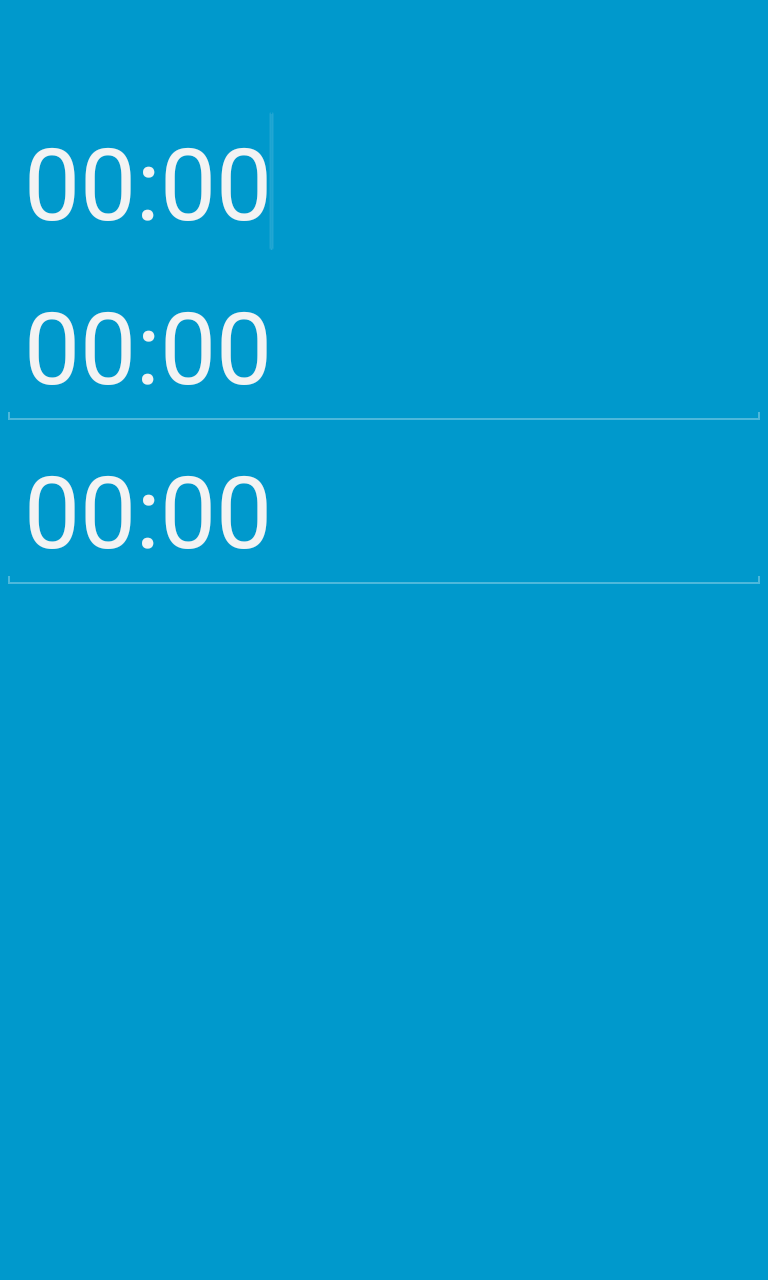
Repository: sebrockm/recuti
Layout: Recuti/res/layout/activity_main.xml
An editor plug-in stored every save of this project. The layout is shown before and after the next save, followed by the edit.
It is drawn on a 768 x 1280 px phone screen (xhdpi) without system bars, with theme FullscreenTheme; the app's code is not run.

Above is the layout before, as saved 2014-06-13 02:45:30.

### Recuti/res/layout/activity_main.xml
<FrameLayout xmlns:android="http://schemas.android.com/apk/res/android"
    xmlns:tools="http://schemas.android.com/tools"
    android:layout_width="match_parent"
    android:layout_height="match_parent"
    android:background="#0099cc"
    tools:context=".MainActivity" >

    <!--
         The primary full-screen view. This can be replaced with whatever view
         is needed to present your content, e.g. VideoView, SurfaceView,
         TextureView, etc.
    -->

    <!--
         This FrameLayout insets its children based on system windows using
         android:fitsSystemWindows.
    -->

    <TableLayout
        android:layout_width="match_parent"
        android:layout_height="458dp"
        android:paddingTop="50dp" >

        <TableRow
            android:id="@+id/tableRow1"
            android:layout_width="wrap_content"
            android:layout_height="wrap_content" >

            <EditText
                android:id="@+id/editText1"
                android:layout_width="wrap_content"
                android:layout_height="wrap_content"
                android:ems="10"
                android:inputType="time"
                android:text="00:00"
                android:textSize="50sp" >

                <requestFocus />
            </EditText>

        </TableRow>

        <TableRow
            android:id="@+id/tableRow2"
            android:layout_width="wrap_content"
            android:layout_height="wrap_content" >

            <EditText
                android:id="@+id/editText2"
                android:layout_width="wrap_content"
                android:layout_height="wrap_content"
                android:ems="10"
                android:inputType="time"
                android:text="00:00"
                android:textSize="50sp" />

        </TableRow>

        <TableRow
            android:id="@+id/tableRow3"
            android:layout_width="wrap_content"
            android:layout_height="wrap_content" >

            <EditText
                android:id="@+id/editText3"
                android:layout_width="wrap_content"
                android:layout_height="wrap_content"
                android:ems="10"
                android:inputType="time"
                android:text="00:00"
                android:textSize="50sp" />

        </TableRow>

        <TimePicker
            android:id="@+id/timePicker1"
            android:layout_width="wrap_content"
            android:layout_height="wrap_content"
            android:visibility="invisible" />

    </TableLayout>

</FrameLayout>

Loaded but not shown: Recuti/res/values-v11/styles.xml (common file); Recuti/res/values/styles.xml (common file); Recuti/res/values/colors.xml (common file)

After the next save:
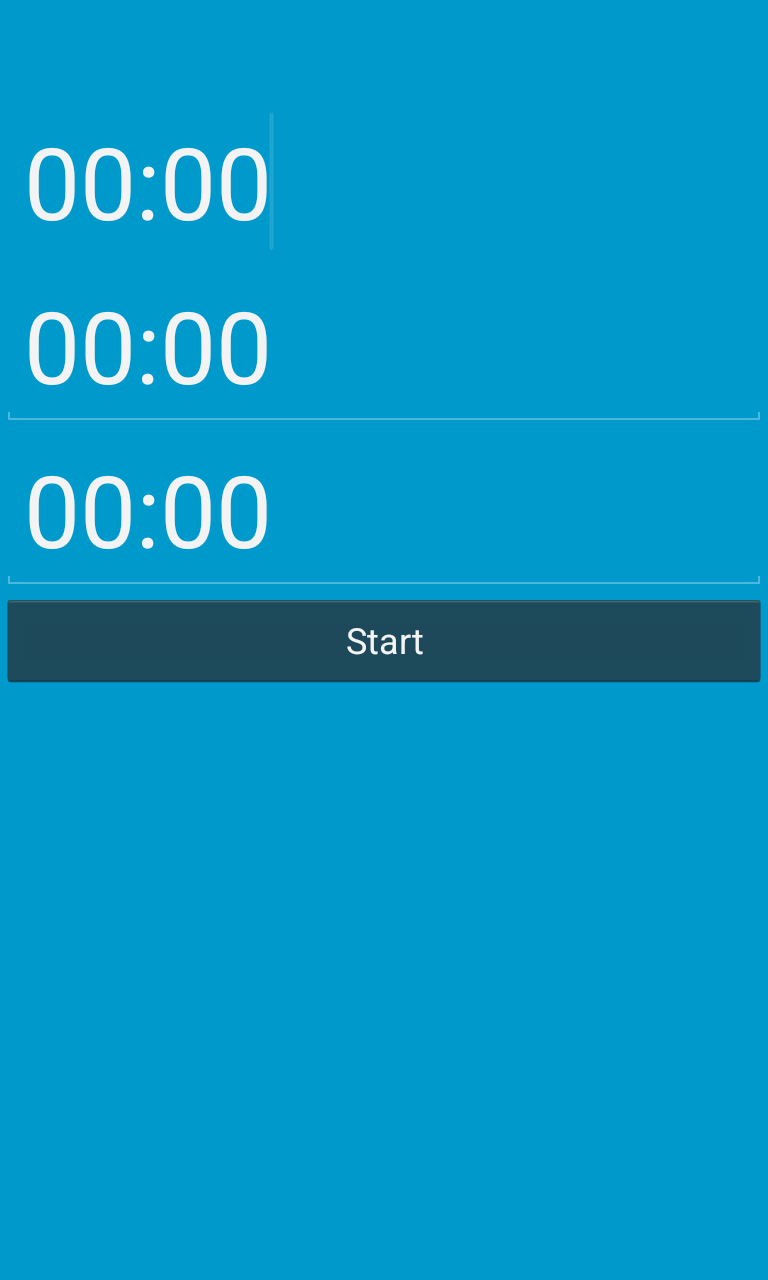
Saved 2 min 30 s later.
--- a/Recuti/res/layout/activity_main.xml
+++ b/Recuti/res/layout/activity_main.xml
@@ -72,11 +72,11 @@
 
         </TableRow>
 
-        <TimePicker
-            android:id="@+id/timePicker1"
+        <Button
+            android:id="@+id/button1"
             android:layout_width="wrap_content"
             android:layout_height="wrap_content"
-            android:visibility="invisible" />
+            android:text="Start" />
 
     </TableLayout>
 
